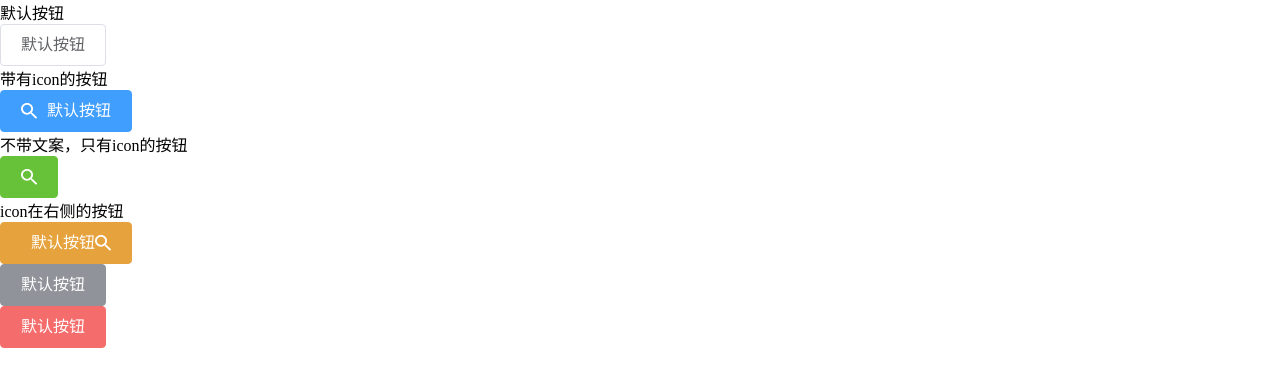
Repository: onlyadaydreamer/dreamer-ui
Page: /
The author's editor kept a copy of each file at every save. The page is drawn from the files as they stood at one save, then again after the next save.
The browser window is 1280 px wide. The pictures show the whole page.
The project was rebuilt for these pictures with package versions that can differ from the ones it lists, and the page was loaded fresh each time. Also part of the build but not shown: src/styles/icon.js, src/packages/index.js.

Above is the page before, as saved 2020-05-13 15:40:49.

### src/main.js
import Vue from 'vue'
import App from './App.vue'

Vue.config.productionTip = false

import dreamerUI from './packages/index';
Vue.use(dreamerUI);

new Vue({
  render: h => h(App),
}).$mount('#app')

### src/App.vue
<template>
  <div id="app">
      <p>默认按钮</p>
    <dreamer-button>默认按钮</dreamer-button>
    <p>带有icon的按钮</p>
    <dreamer-button type="primary" icon="search">默认按钮</dreamer-button>
    <p>不带文案，只有icon的按钮</p>
    <dreamer-button type="success" icon="search"></dreamer-button>
    <p>icon在右侧的按钮</p>
    <dreamer-button type="warning" icon="search" icon-position="right">默认按钮</dreamer-button>
    <p></p>
    <dreamer-button type="info">默认按钮</dreamer-button>
    <p></p>
    <dreamer-button type="danger">默认按钮</dreamer-button>
  </div>
</template>

<script>

export default {

}
</script>

<style lang="scss">

</style>

### src/packages/button.vue
<template>
    <button class="dreamer-button" :class="btnClass">
        <dreamer-icon v-if="icon" :icon="icon" class="icon"></dreamer-icon>
        <!--有可能不写文案-->
        <span v-if="this.$slots.default">
            <slot></slot>
        </span>
    </button>
</template>

<script>
export default {
    name: 'dreamer-button',
    props: {
        type: {
            type: String,
            default: '',
            validator(type) {
                if (type && !['primary', 'success', 'warning', 'info', 'danger'].includes(type)) {
                    console.error('type类型必须为' + ['primary', 'success', 'warning', 'info', 'danger'].join('、'));
                }
                return true;// 最终都通过校验
            }
        },
        icon: {
            type: String
        },
        iconPosition: {
            type: String,
            default: 'left',
            validator(position) {
                if (position && !['primary', 'success', 'warning', 'info', 'danger'].includes(position)) {
                    console.error('position必须为' + ['left', 'right'].join('、'));
                }
                return true;
            }
        }
    },
    computed: {
        btnClass() {
            let classes = [];
            if (this.type) {
                classes.push(`dreamer-button-${this.type}`);
            }
            if (this.iconPosition) {
                classes.push(`dreamer-button-${this.iconPosition}`);
            }
            return classes;
        }
    }
}
</script>

<style lang="scss">
@import "../styles/_var.scss";
$height: 42px;
$font-size: 16px;
$color: #606266;
$border-color: #dcdfe6;
$background: #ecf5ff;
$active-color: #3a8ee6;

.dreamer-button {
    border-radius: $border-radius;
    border: 1px solid $border-color;
    color: $color;
    background: #fff;
    height: $height;
    cursor: pointer;
    font-size: $font-size;
    line-height: 1;
    padding: 12px 20px;
    display: inline-flex;
    justify-content: center;
    vertical-align: middle;
    &:hover {
        border-color: $border-color;
        background-color: $background;
    }
    &:focus,
    &:active {
        color: $active-color;
        border: 1px solid $active-color;
        outline: none;
        background-color: $background;
    }
    //   &-primary {}
    //   &-success {}
    //    ... 这么一遍一遍写太麻烦
    @each $type,
        $color
            in (
                primary: $primary,
                success: $success,
                info: $info,
                warning: $warning,
                danger: $danger
            )
    {
        &-#{$type} {
            background: #{$color};
            border: 1px solid #{$color};
            color: #fff;
            fill: #fff;
        }
    }
    @each $type,
        $color
            in (
                primary: $primary-hover,
                success: $success-hover,
                info: $info-hover,
                warning: $warning-hover,
                danger: $danger-hover
            )
    {
        &-#{$type}:hover {
            background: #{$color};
            border: 1px solid #{$color};
            color: #fff;
        }
    }
    @each $type,
        $color
            in (
                primary: $primary-active,
                success: $success-active,
                info: $info-active,
                warning: $warning-active,
                danger: $danger-active
            )
    {
        &-#{$type}:active,
        &-#{$type}:focus {
            background: #{$color};
            border: 1px solid #{$color};
            color: #fff;
        }
    }
    .icon {
        width: 16px;
        height: 16px;
    }
    .icon + span {// 如果icon后面有span标签的话, 设置span标签的样式
        margin-left: 10px;
    }
    span + .icon {
        margin-left: 10px;
    }
    &-left {
        svg{order: 1};
        span {order: 2};
    }
    &-right {
        svg{order: 2};
        span {order: 1};
    }
}
</style>

### src/packages/icon.vue
<template>
   <svg class="dreamer-icon" aria-hidden="true">
        <use :xlink:href="`#icon-${icon}`"></use>
    </svg>
</template>

<script>
import '../styles/icon';
export default {
    name: 'dreamer-icon',
    props: {
        icon: {
            type: String,
            required: true
        }
    }
}
</script>

<style lang="scss">
.dreamer-icon {
       width: 25px;
       height: 25px;
       vertical-align: middle;
    }
</style>

### src/styles/_var.scss
$border-radius: 4px;

$primary: #409EFF;
$success: #67C23A;
$warning: #E6A23C;
$danger: #F56C6C;
$info: #909399;

$primary-hover: #66B1FF;
$success-hover: #85CE61;
$warning-hover: #EBB563;
$danger-hover: #F78989;
$info-hover: #A6A9AD;

$primary-active: #3A8EE6;
$success-active: #5DAF34;
$warning-active: #CF9236;
$danger-active: #DD6161;
$info-active: #82848A;

* {
    padding: 0;
    margin: 0;
    box-sizing: border-box;
}

Loaded but not shown: public/index.html (common file)

After the next save:
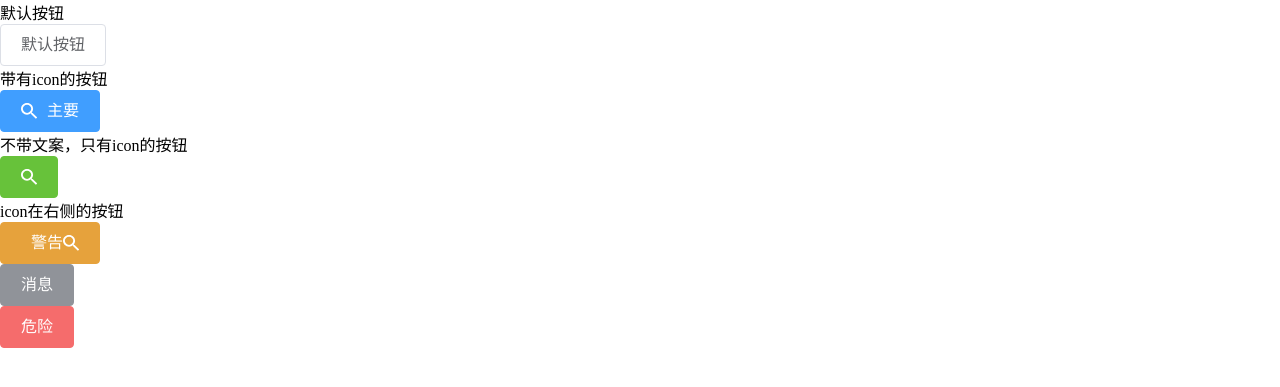
Saved 51 s later.
--- a/src/App.vue
+++ b/src/App.vue
@@ -3,15 +3,15 @@
       <p>默认按钮</p>
     <dreamer-button>默认按钮</dreamer-button>
     <p>带有icon的按钮</p>
-    <dreamer-button type="primary" icon="search">默认按钮</dreamer-button>
+    <dreamer-button type="primary" icon="search">主要</dreamer-button>
     <p>不带文案，只有icon的按钮</p>
     <dreamer-button type="success" icon="search"></dreamer-button>
     <p>icon在右侧的按钮</p>
-    <dreamer-button type="warning" icon="search" icon-position="right">默认按钮</dreamer-button>
+    <dreamer-button type="warning" icon="search" icon-position="right">警告</dreamer-button>
     <p></p>
-    <dreamer-button type="info">默认按钮</dreamer-button>
+    <dreamer-button type="info">消息</dreamer-button>
     <p></p>
-    <dreamer-button type="danger">默认按钮</dreamer-button>
+    <dreamer-button type="danger">危险</dreamer-button>
   </div>
 </template>
 
